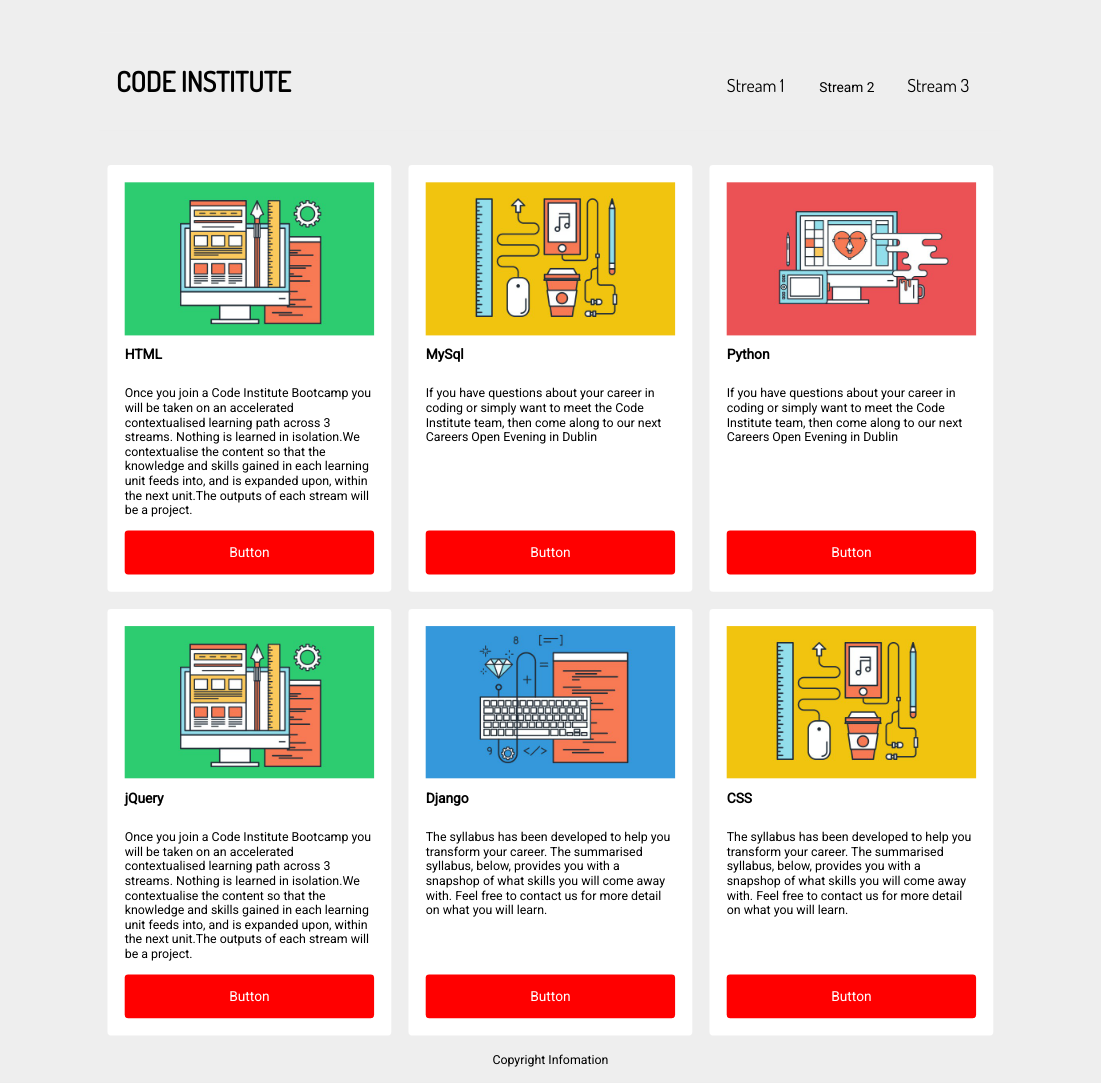
Repository: SOliv1/chaining-methods
Page: index.html
The author's editor kept a record of every edit. The page is drawn from the files as they stood at one moment, then again after the next edit.
The browser window is 1280 px wide. The pictures show the whole page, at 86% of full size.
Some web libraries are served in a nearby version.

Above is the page before.

After the next edit:
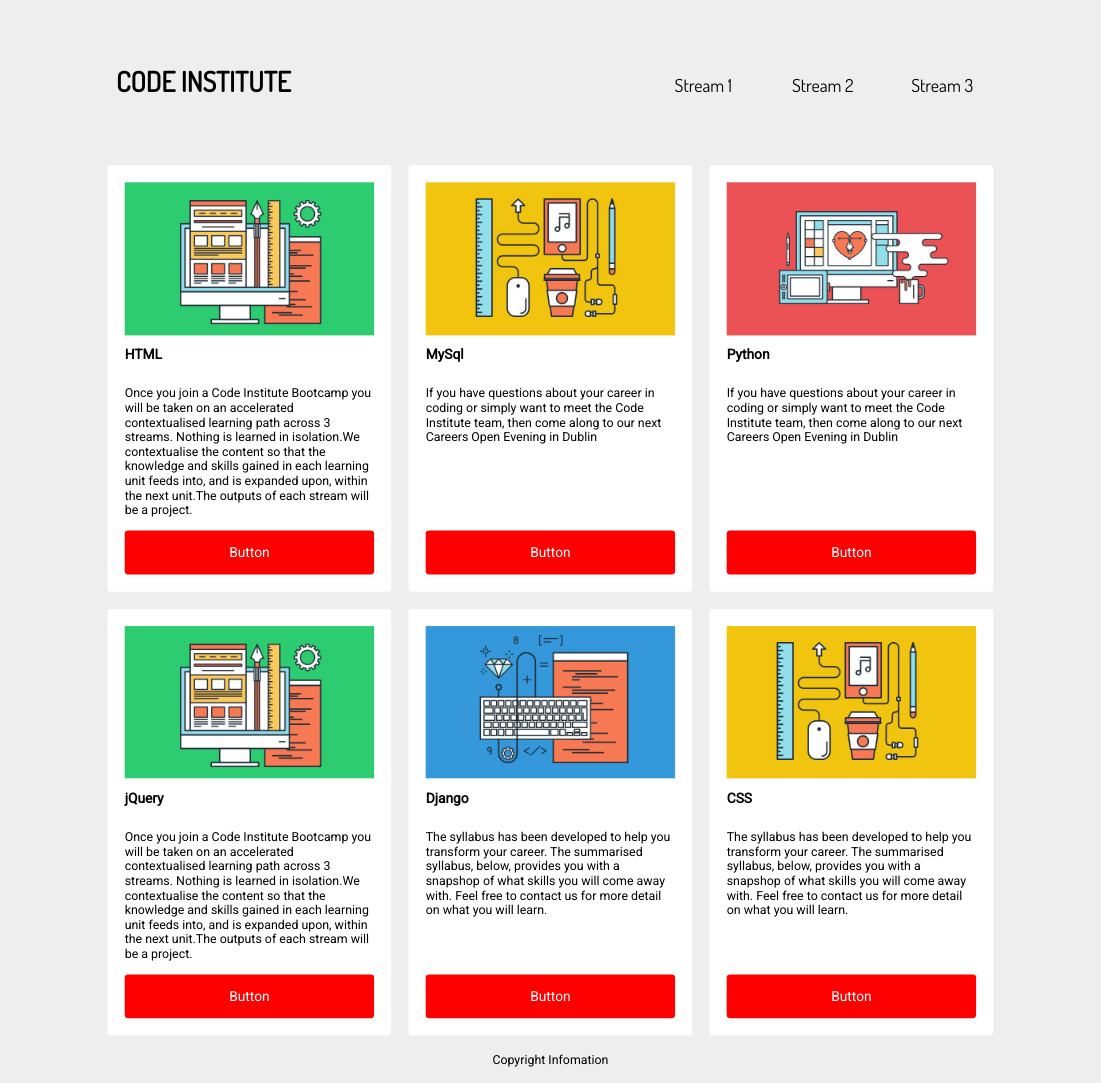
The edit:
--- a/index.html
+++ b/index.html
@@ -14,7 +14,7 @@
 		<nav>
 			<ul>
 				<li id="logoNav">CODE INSTITUTE</li>
-				<li id="stream1_btn">Stream 1</li
+				<li id="stream1_btn">Stream 1</li>
 				<li id="stream2_btn">Stream 2</li>
 				<li id="stream3_btn">Stream 3</li>
 			</ul>
